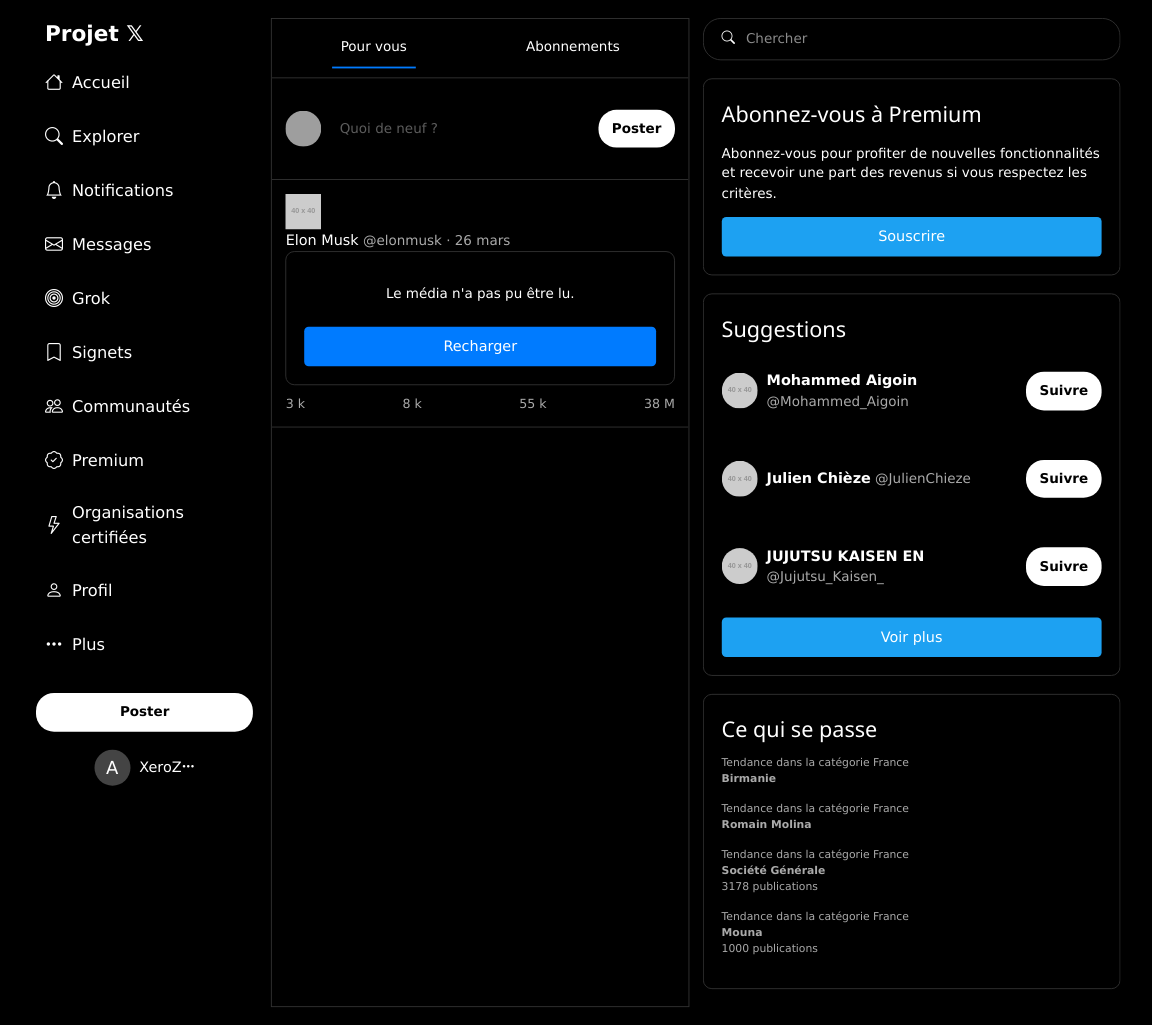
Repository: barriefl/ProjetX_BARRIER_MAULINE_MARQUES-FELIX_SERVONNET
Page: web/front/main.html
These files come from the project's save history. The page is drawn as it stood at one moment and after the next save; the edit follows.
The browser window is 1280 px wide. The pictures show the whole page, at 90% of full size.
Pictures or frames that could not be fetched are drawn as grey boxes.

Above is the page before, as saved 2025-03-31 09:33:46.

### web/front/main.html
<!DOCTYPE html>
<html lang="fr">
  <head>
    <meta charset="UTF-8" />
    <meta name="viewport" content="width=device-width, initial-scale=1.0" />
    <title>Projet &Xopf;</title>
    <link rel="icon" type="image/x-icon" href="image/twitter-x.svg" />
    <link rel="stylesheet" href="style/main.css" />
    <link rel="stylesheet" href="https://www.w3schools.com/w3css/5/w3.css" />
    <link
      rel="stylesheet"
      href="https://cdn.jsdelivr.net/npm/bootstrap-icons@1.5.0/font/bootstrap-icons.css"
    />
  </head>
  <body>
    <div class="sidebar">
      <div class="logo"><a href="/front/main.html">Projet &Xopf;</a></div>
      <ul class="menu">
        <li>
          <a href="/front/main.html"
            ><span class="icon"><i class="bi bi-house"></i></span> Accueil</a
          >
        </li>
        <li>
          <a href=""
            ><span class="icon"><i class="bi bi-search"></i></span>Explorer</a
          >
        </li>
        <li>
          <a href="#"
            ><span class="icon"><i class="bi bi-bell"></i></span>
            Notifications</a
          >
        </li>
        <li>
          <a href="#"
            ><span class="icon"><i class="bi bi-envelope"></i></span>Messages</a
          >
        </li>
        <li>
          <a href="#"
            ><span class="icon"><i class="bi bi-bullseye"></i></span> Grok</a
          >
        </li>
        <li>
          <a href="#"
            ><span class="icon"><i class="bi bi-bookmark"></i></span> Signets</a
          >
        </li>
        <li>
          <a href="#"
            ><span class="icon"><i class="bi bi-people"></i></span>
            Communautés</a
          >
        </li>
        <li>
          <a href="#"
            ><span class="icon"><i class="bi bi-patch-check"></i></span>
            Premium</a
          >
        </li>
        <li>
          <a href="#"
            ><span class="icon"><i class="bi bi-lightning"></i></span>
            Organisations certifiées</a
          >
        </li>
        <li>
          <a href="#"
            ><span class="icon"><i class="bi bi-person"></i></span> Profil</a
          >
        </li>
        <li>
          <a href="#"
            ><span class="icon"><i class="bi bi-three-dots"></i></span>Plus</a
          >
        </li>
      </ul>
      <button class="post-button">Poster</button>
      <div class="user-info">
        <span class="avatar">A</span>
        <span class="username">XeroZ</span>
        <span class="more-info"><i class="bi bi-three-dots"></i></span>
      </div>
    </div>
    <div class="container container-border">
      <!--  s -->
      <div class="tab-menu">
        <a href="#" class="active">Pour vous</a>
        <a href="#">Abonnements</a>
      </div>

      <!-- Header -->
      <div class="header">
        <img src="empty.png" alt="empty.png" />
        <input type="text" placeholder="Quoi de neuf ?" />
        <button class="post-button">Poster</button>
      </div>

      <!-- Post -->
      <div class="post">
        <div class="tweet-user-info">
          <img src="https://via.placeholder.com/40" alt="User Avatar" />
          <div>
            <span class="username">Elon Musk</span>
            <span style="color: #aaa">@elonmusk · 26 mars</span>
          </div>
        </div>
        <div class="content">
          <p>Le média n'a pas pu être lu.</p>
          <button class="button-blue">Recharger</button>
        </div>
        <div class="actions">
          <span>3 k</span>
          <span>8 k</span>
          <span>55 k</span>
          <span>38 M</span>
        </div>
      </div>
    </div>
    <div class="container">
      <!-- Barre de recherche -->
      <div class="search-bar">
        <i class="bi bi-search"></i>
        <input type="text" placeholder="Chercher" />
      </div>

      <!-- Section Premium -->
      <div class="card">
        <h3>Abonnez-vous à Premium</h3>
        <p>
          Abonnez-vous pour profiter de nouvelles fonctionnalités et recevoir
          une part des revenus si vous respectez les critères.
        </p>
        <button class="button-blue">Souscrire</button>
      </div>

      <!-- Suggestions -->
      <div class="card">
        <h3>Suggestions</h3>
        <div class="suggestion">
          <img src="https://via.placeholder.com/40" alt="Avatar" />
          <div class="info">
            <span class="username">Mohammed Aigoin</span>
            <span class="handle">@Mohammed_Aigoin</span>
          </div>
          <button class="follow-button">Suivre</button>
        </div>
        <div class="suggestion">
          <img src="https://via.placeholder.com/40" alt="Avatar" />
          <div class="info">
            <span class="username">Julien Chièze</span>
            <span class="handle">@JulienChieze</span>
          </div>
          <button class="follow-button">Suivre</button>
        </div>
        <div class="suggestion">
          <img src="https://via.placeholder.com/40" alt="Avatar" />
          <div class="info">
            <span class="username">JUJUTSU KAISEN EN</span>
            <span class="handle">@Jujutsu_Kaisen_</span>
          </div>
          <button class="follow-button">Suivre</button>
        </div>
        <button class="button-blue">Voir plus</button>
      </div>

      <!-- Tendances -->
      <div class="card">
        <h3>Ce qui se passe</h3>
        <ul class="trends">
          <li>
            <span>Tendance dans la catégorie France</span>
            <span class="title">Birmanie</span>
          </li>
          <li>
            <span>Tendance dans la catégorie France</span>
            <span class="title">Romain Molina</span>
          </li>
          <li>
            <span>Tendance dans la catégorie France</span>
            <span class="title">Société Générale</span>
            <span>3178 publications</span>
          </li>
          <li>
            <span>Tendance dans la catégorie France</span>
            <span class="title">Mouna</span>
            <span>1000 publications</span>
          </li>
        </ul>
      </div>
    </div>
  </body>
</html>

### web/front/style/main.css
body {
    margin: 0;
    background-color: #000;
    color: white;
    padding: 0;
    display: flex;
    justify-content: center;
    padding: 20px;
}

.sidebar {
    width: 300px;
    height: 100vh;
    display: flex;
    flex-direction: column;
    padding: 0 20px;
    /* position: fixed; */
}

.logo {
    font-size: 24px;
    font-weight: bold;
}

.sidebar a {
    text-decoration: none;
    color: white;
    padding: 10px;
    width: fit-content;
    border-radius: 15px;
    transition: all 0.3s ease-in-out;
}

.sidebar a:hover {
    background-color: #333;
    text-decoration: none;
    color: white;
}

.menu {
    list-style: none;
    padding: 0;
    margin: 0;
}

.menu li {
    margin: 10px 0;
}

.menu a {
    text-decoration: none;
    color: white;
    display: flex;
    align-items: center;
    font-size: 18px;
}

.menu .icon {
    margin-right: 10px;
    font-size: 20px;
}

.post-button, .follow-button {
    margin: 20px 0;
    padding: 10px 15px;
    border-radius: 20px;
    border:none;
    cursor: pointer;
    font-weight: bold;
    background-color: white;
}

.post-button:hover {
    background-color: #ddd;
}

.button-blue {
    width: 100%;
    padding: 10px;
    font-size: 16px;
    background-color: #1da1f2;
    color: white;
    border: none;
    border-radius: 5px;
    cursor: pointer;
}

.button-blue:hover {
    background-color: #0d8ce0;
}

.user-info {
    display: flex;
    justify-content: center;
    align-items: center;
    ju
}

.avatar {
    background-color: #444;
    width: 40px;
    height: 40px;
    display: flex;
    align-items: center;
    justify-content: center;
    border-radius: 50%;
    font-size: 20px;
    margin-right: 10px;
}

.username {
    font-size: 16px;
}

.container {
    width: 500px;
    overflow: hidden;
    margin-right: 15px;
}

.container-border {
    border: 1px solid #333;
}

.header {
    display: flex;
    align-items: center;
    padding: 15px;
    border-bottom: 1px solid #333;
}

.header img {
    width: 40px;
    height: 40px;
    border-radius: 50%;
    margin-right: 10px;
}

.header input {
    flex: 1;
    background: transparent;
    border: none;
    outline: none;
    padding: 10px;
    color: #fff;
}

.header input::placeholder {
    color: #aaa;
}

.post {
    padding: 15px;
    border-bottom: 1px solid #333;
}

.post .user-info {
    display: flex;
    align-items: center;
    margin-bottom: 10px;
}

.post .user-info img {
    width: 40px;
    height: 40px;
    border-radius: 50%;
    margin-right: 10px;
}

.post .user-info .username {
    font-weight: bold;
}

.post .content {
    border: solid 1px #333;
    border-radius: 10px;
    padding: 20px;
    text-align: center;
}

.post .content button {
    background-color: #007bff;
    color: #fff;
    border: none;
    border-radius: 5px;
    padding: 10px 20px;
    margin-top: 10px;
    cursor: pointer;
}

.post .actions {
    display: flex;
    justify-content: space-between;
    margin-top: 10px;
    font-size: 14px;
    color: #aaa;
}

.tab-menu {
    display: flex;
    justify-content: space-around;
    padding: 10px;
    border-bottom: 1px solid #333;
}

.tab-menu a {
    color: #fff;
    text-decoration: none;
    padding: 10px;
}

.tab-menu a.active {
    border-bottom: 2px solid #007bff;
}

 .search-bar {
     display: flex;
     padding: 10px 20px;
     margin-bottom: 20px;
     border-radius: 20px;
     border: 1px solid #333;
 }

 .search-bar input {
     flex: 1;
     background: transparent;
     border: none;
     outline: none;
     color: #ffffff;
 }

 .search-bar i {
     margin-right: 10px;
 }

 .card {
    border: 1px solid #333;
     border-radius: 10px;
     padding: 20px;
     margin-bottom: 20px;
 }

 .card h3 {
     margin-top: 0;
 }

 .card .button {
     display: inline-block;
     background-color: #007bff;
     color: #ffffff;
     text-decoration: none;
     padding: 10px 20px;
     border-radius: 20px;
     margin-top: 10px;
     text-align: center;
 }

 .suggestion {
     display: flex;
     align-items: center;
     margin-bottom: 15px;
 }

 .suggestion img {
     width: 40px;
     height: 40px;
     border-radius: 50%;
     margin-right: 10px;
 }

 .suggestion .info {
     flex: 1;
 }

 .suggestion .info .username {
     font-weight: bold;
 }

 .suggestion .info .handle {
     color: #aaa;
 }

 .trends {
     list-style: none;
     padding: 0;
     margin: 0;
 }

 .trends li {
     margin-bottom: 15px;
 }

 .trends li span {
     display: block;
     color: #aaa;
     font-size: 12px;
 }

 .trends li .title {
     font-weight: bold;
 }

After the next save:
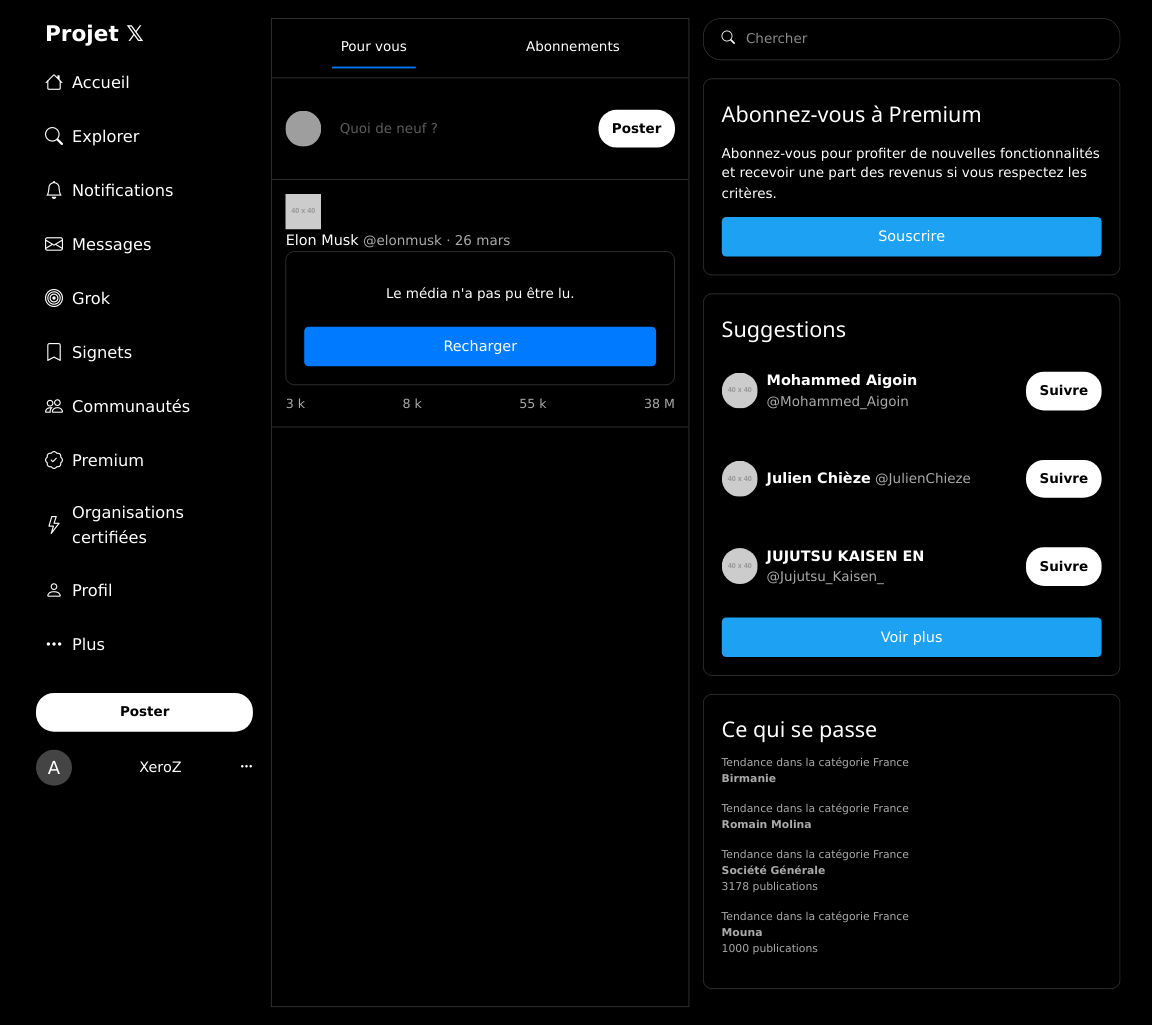
Saved 4 s later.
--- a/web/front/style/main.css
+++ b/web/front/style/main.css
@@ -91,9 +91,8 @@
 
 .user-info {
     display: flex;
-    justify-content: center;
-    align-items: center;
-    ju
+    justify-content: space-between;
+    align-items: center;
 }
 
 .avatar {
